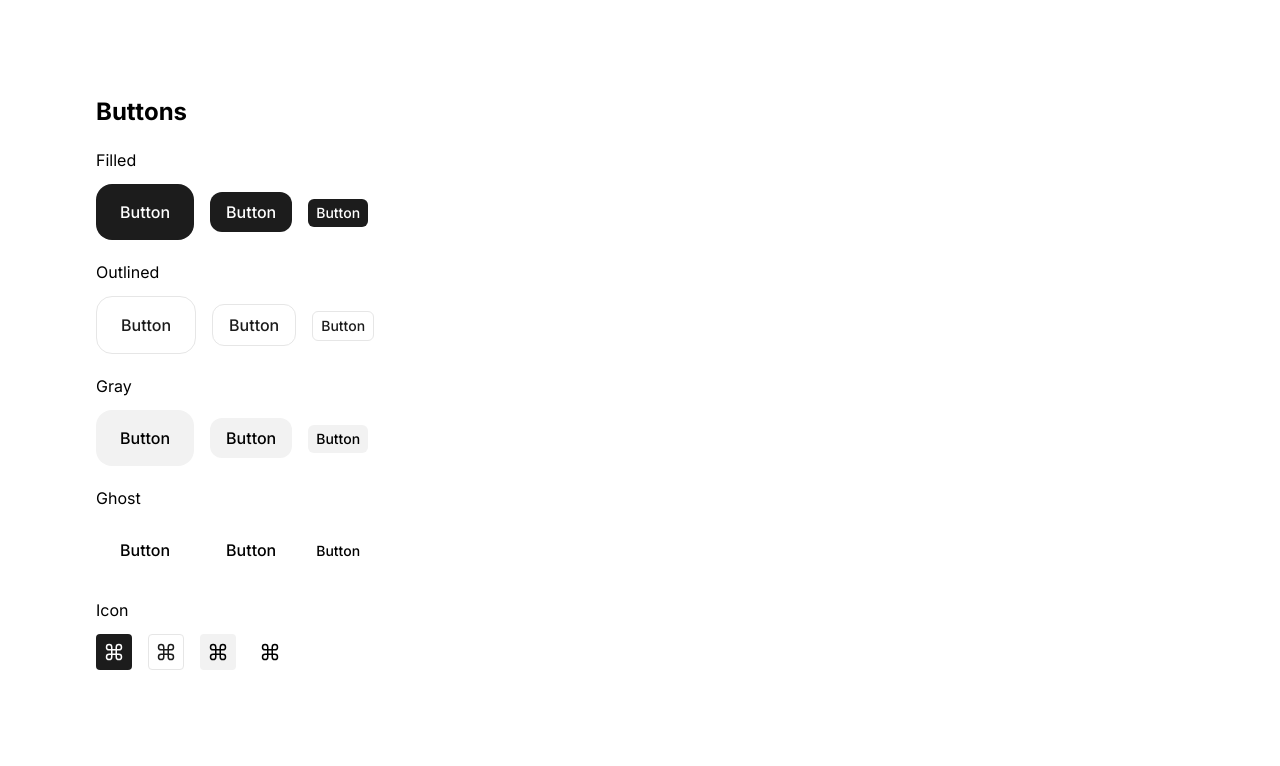
Repository: ggonzaga29/polarized-dashboard
Page: /
An editor plug-in stored every save of this project. The page is shown before and after a run of saves, followed by the edit.
The browser window is 1280 px wide. The pictures show the whole page.
The project was rebuilt for these pictures with package versions that can differ from the ones it lists, and the page was loaded fresh each time. The framework's server and built-in components were replaced by stand-ins that run in the browser. Also part of the build but not shown: next.config.js.

Above is the page before, as saved 2023-08-04 00:48:33.

### src/app/layout.jsx
import './globals.css';
import { Inter } from 'next/font/google';
import { ThemeProvider } from '@/context/theme-provider';

const inter = Inter({ subsets: ['latin'] });

export const metadata = {
  title: 'Polarized | Dashboard',
};

export default function RootLayout({ children }) {
  return (
    <html lang="en">
      <body className={inter.className}>
        <ThemeProvider attribute="class" defaultTheme="system" enableSystem>
          {children}
        </ThemeProvider>
      </body>
    </html>
  );
}

### src/app/page.jsx
'use client';

import Image from 'next/image';
import { Button } from '@/components/ui/button';
import { Command } from '@phosphor-icons/react';

export default function Home() {
  return (
    <main className="min-h-screen flex-col items-center justify-between p-24 space-y-5">
      <h1 className="text-2xl font-bold">Buttons</h1>
      <div>
        <h2>Filled</h2>
        <div className="space-x-4 mt-3">
          <Button variant="filled" size="lg">
            Button
          </Button>
          <Button variant="filled" size="md">
            Button
          </Button>
          <Button variant="filled" size="sm">
            Button
          </Button>
        </div>
      </div>
      <div>
        <h2>Outlined</h2>
        <div className="space-x-4 mt-3">
          <Button variant="outlined" size="lg">
            Button
          </Button>
          <Button variant="outlined" size="md">
            Button
          </Button>
          <Button variant="outlined" size="sm">
            Button
          </Button>
        </div>
      </div>
      <div>
        <h2>Gray</h2>
        <div className="space-x-4 mt-3">
          <Button variant="gray" size="lg">
            Button
          </Button>
          <Button variant="gray" size="md">
            Button
          </Button>
          <Button variant="gray" size="sm">
            Button
          </Button>
        </div>
      </div>
      <div>
        <h2>Ghost</h2>
        <div className="space-x-4 mt-3">
          <Button variant="ghost" size="lg">
            Button
          </Button>
          <Button variant="ghost" size="md">
            Button
          </Button>
          <Button variant="ghost" size="sm">
            Button
          </Button>
        </div>
      </div>
      <div>
        <h2>Icon</h2>
        <div className="space-x-4 mt-3">
          <Button variant="filled" size="icon">
            <Command className="h-6 w-6" />
          </Button>
          <Button variant="outlined" size="icon">
            <Command className="h-6 w-6" />
          </Button>
          <Button variant="gray" size="icon">
            <Command className="h-6 w-6" />
          </Button>
          <Button variant="ghost" size="icon">
            <Command className="h-6 w-6" />
          </Button>
        </div>
      </div>
    </main>
  );
}

### src/app/globals.css
@tailwind base;
@tailwind components;
@tailwind utilities;

@layer base {
  :root {
    /* --background: 0 0% 100%;
    --foreground: 240 10% 3.9%;

    --muted: 240 4.8% 95.9%;
    --muted-foreground: 240 3.8% 46.1%;

    --popover: 0 0% 100%;
    --popover-foreground: 240 10% 3.9%;

    --card: 0 0% 100%;
    --card-foreground: 240 10% 3.9%;

    --border: 240 5.9% 90%;
    --input: 240 5.9% 90%;

    --primary: 240 5.9% 10%;
    --primary-foreground: 0 0% 98%;

    --secondary: 240 4.8% 95.9%;
    --secondary-foreground: 240 5.9% 10%;

    --accent: 240 4.8% 95.9%;
    --accent-foreground: 240 5.9% 10%;

    --destructive: 0 84.2% 60.2%;
    --destructive-foreground: 0 0% 98%;

    --ring: 240 5% 64.9%;

    --radius: 0.5rem; */

    /* 1C1C1C */
    /* Black shades */
    --shade-100: hsl(0, 0%, 11%);
    --shade-80: hsl(0, 0%, 20%);
    --shade-40: hsl(0, 0%, 40%);
    --shade-20: hsl(0, 0%, 60%);
    --shade-10: hsl(0, 0%, 90%);
    --shade-5: hsl(0, 0%, 95%);

    /* White tints */
    --tint-100: hsl(0, 0%, 100%);
    --tint-80: hsl(0, 0%, 80%);
    --tint-40: hsl(0, 0%, 60%);
    --tint-20: hsl(0, 0%, 40%);
    --tint-10: hsl(0, 0%, 20%);
    --tint-5: hsl(0, 0%, 10%);

    /* F7F9FB */
    --primary-light: hsl(210, 50%, 98%);
    /* E3F5FF */
    --primary-blue: hsl(210, 90%, 95%);
    /* E5ECF6 */
    --primary-purple: hsl(240, 20%, 90%);
    /* 1C1C1C */
    --primary-brand: hsl(0, 0%, 11%);

    /* 95A4FC */
    --secondary-purple-a: hsl(240, 60%, 75%);
    /* A8C5DA */
    --secondary-blue-a: hsl(200, 30%, 75%);
    /* E3F5FF */
    --secondary-blue-b: hsl(210, 90%, 95%);
    /* A1E3CB */
    --secondary-green-a: hsl(160, 70%, 75%);
    /* BAEDBD */
    --secondary-green-b: hsl(100, 40%, 75%);
    /* FFE999 */
    --secondary-yellow: hsl(50, 100%, 75%);
    /* FF4747 */
    --secondary-red: hsl(0, 100, 64);
  }

  .dark {
    /* --background: 240 10% 3.9%;
    --foreground: 0 0% 98%;

    --muted: 240 3.7% 15.9%;
    --muted-foreground: 240 5% 64.9%;

    --popover: 240 10% 3.9%;
    --popover-foreground: 0 0% 98%;

    --card: 240 10% 3.9%;
    --card-foreground: 0 0% 98%;

    --border: 240 3.7% 15.9%;
    --input: 240 3.7% 15.9%;

    --primary: 0 0% 98%;
    --primary-foreground: 240 5.9% 10%;

    --secondary: 240 3.7% 15.9%;
    --secondary-foreground: 0 0% 98%;

    --accent: 240 3.7% 15.9%;
    --accent-foreground: 0 0% 98%;

    --destructive: 0 62.8% 30.6%;
    --destructive-foreground: 0 85.7% 97.3%;

    --ring: 240 3.7% 15.9%; */
  }
}

### src/components/ui/button.jsx
import React from 'react';
import { Slot } from '@radix-ui/react-slot';
import { cva } from 'class-variance-authority';
import { twMerge } from 'tailwind-merge';

const button = cva(
  [
    'inline-flex items-center gap-2 justify-center font-medium transition-colors disabled:pointer-events-none disabled:opacity-50',
  ],
  {
    variants: {
      variant: {
        filled: ['bg-primary-brand', 'text-white', 'hover:bg-tint-10'],
        outlined: [
          'border border-shade-10',
          'text-shade-100',
          'hover:border-shade-80',
        ],
        gray: ['bg-shade-5', 'text-black', 'hover:bg-shade-10'],
        ghost: ['text-black', 'hover:bg-shade-10'],
      },

      size: {
        sm: ['px-2', 'py-1', 'rounded-md', 'text-sm'],
        md: ['px-4', 'py-2', 'rounded-xl'],
        lg: ['px-6', 'py-4', 'rounded-2xl'],
        icon: ['w-9 h-9', 'rounded'],
      },
    },
    defaultVariants: {
      variant: 'filled',
      size: 'md',
    },
  },
);

const Button = ({ asChild, variant, size, className, children }) => {
  const Component = asChild ? Slot : 'button';

  return (
    <Component className={twMerge(button({ variant, size }), className)}>
      {children}
    </Component>
  );
};

Button.displayName = 'Button';

export { Button };

### tailwind.config.js
/** @type {import('tailwindcss').Config} */
module.exports = {
	darkMode: ["class"],
	content: [
		'./pages/**/*.{js,jsx}',
		'./components/**/*.{js,jsx}',
		'./app/**/*.{js,jsx}',
		'./src/**/*.{js,jsx}',
	],
	theme: {
		// container: {
		//   center: true,
		//   padding: "2rem",
		//   screens: {
		//     "2xl": "1400px",
		//   },
		// },
		extend: {
			colors: {

				// --black-100: hsl(0, 0%, 11%);
				// --black-80: hsl(0%, 11%, 80%);

				// --white-100: hsl(0, 0%, 100%);
				// --white-80: hsl(0, 0%, 80%);
				// --white-40: hsl(0, 0%, 40%);
				// --white-20: hsl(0, 0%, 20%);
				// --white-10: hsl(0, 0%, 10%);
				// --white-5: hsl(0, 0%, 5%);


				shade: {
					100: "var(--shade-100)",
					80: "var(--shade-80)",
					40: "var(--shade-40)",
					20: "var(--shade-20)",
					10: "var(--shade-10)",
					5: "var(--shade-5)",
				},

				tint: {
					100: "var(--tint-100)",
					80: "var(--tint-80)",
					40: "var(--tint-40)",
					20: "var(--tint-20)",
					10: "var(--tint-10)",
					5: "var(--tint-5)",
				},

				primary: {
					brand: "var(--primary-brand)",
				}


				// border: "hsl(var(--border))",
				// input: "hsl(var(--input))",
				// ring: "hsl(var(--ring))",
				// background: "hsl(var(--background))",
				// foreground: "hsl(var(--foreground))",
				// primary: {
				//   DEFAULT: "hsl(var(--primary))",
				//   foreground: "hsl(var(--primary-foreground))",
				// },
				// secondary: {
				//   DEFAULT: "hsl(var(--secondary))",
				//   foreground: "hsl(var(--secondary-foreground))",
				// },
				// destructive: {
				//   DEFAULT: "hsl(var(--destructive))",
				//   foreground: "hsl(var(--destructive-foreground))",
				// },
				// muted: {
				//   DEFAULT: "hsl(var(--muted))",
				//   foreground: "hsl(var(--muted-foreground))",
				// },
				// accent: {
				//   DEFAULT: "hsl(var(--accent))",
				//   foreground: "hsl(var(--accent-foreground))",
				// },
				// popover: {
				//   DEFAULT: "hsl(var(--popover))",
				//   foreground: "hsl(var(--popover-foreground))",
				// },
				// card: {
				//   DEFAULT: "hsl(var(--card))",
				//   foreground: "hsl(var(--card-foreground))",
				// },
			},
			borderRadius: {
				// lg: "var(--radius)",
				// md: "calc(var(--radius) - 2px)",
				// sm: "calc(var(--radius) - 4px)",
			},
			keyframes: {
				// "accordion-down": {
				//   from: { height: 0 },
				//   to: { height: "var(--radix-accordion-content-height)" },
				// },
				// "accordion-up": {
				//   from: { height: "var(--radix-accordion-content-height)" },
				//   to: { height: 0 },
				// },
			},
			animation: {
				// "accordion-down": "accordion-down 0.2s ease-out",
				// "accordion-up": "accordion-up 0.2s ease-out",
			},
		},
	},
	plugins: [require("tailwindcss-animate")],
}

Loaded but not shown: src/context/theme-provider.jsx (common file)

After the next 2 saves:
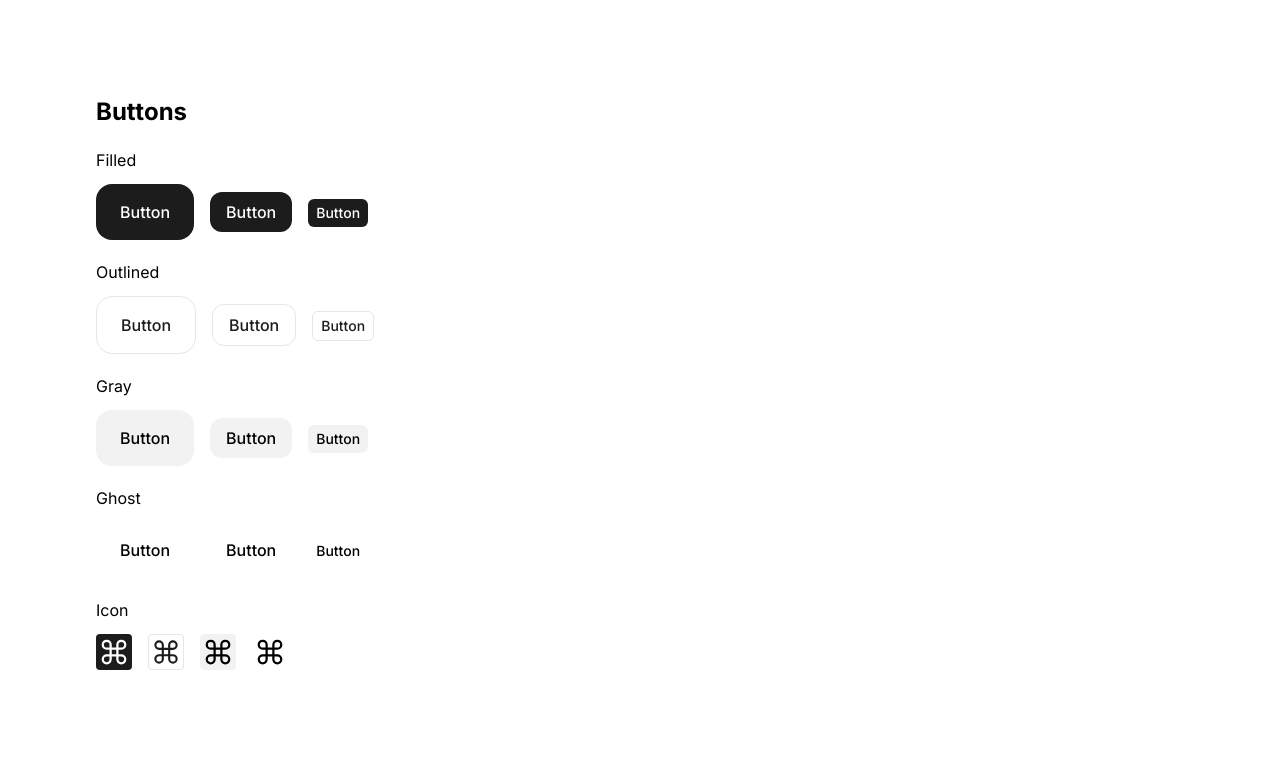
The 2 saves are shown as one change because they came seconds apart.
The last was saved 78 s later.
--- a/src/app/page.jsx
+++ b/src/app/page.jsx
@@ -1,5 +1,3 @@
-'use client';
-
 import Image from 'next/image';
 import { Button } from '@/components/ui/button';
 import { Command } from '@phosphor-icons/react';
@@ -67,16 +65,16 @@ export default function Home() {
       <div>
         <h2>Icon</h2>
         <div className="space-x-4 mt-3">
-          <Button variant="filled" size="icon">
+          <Button variant="filled" size="icon" asChild>
             <Command className="h-6 w-6" />
           </Button>
-          <Button variant="outlined" size="icon">
+          <Button variant="outlined" size="icon" asChild>
             <Command className="h-6 w-6" />
           </Button>
-          <Button variant="gray" size="icon">
+          <Button variant="gray" size="icon" asChild>
             <Command className="h-6 w-6" />
           </Button>
-          <Button variant="ghost" size="icon">
+          <Button variant="ghost" size="icon" asChild>
             <Command className="h-6 w-6" />
           </Button>
         </div>
